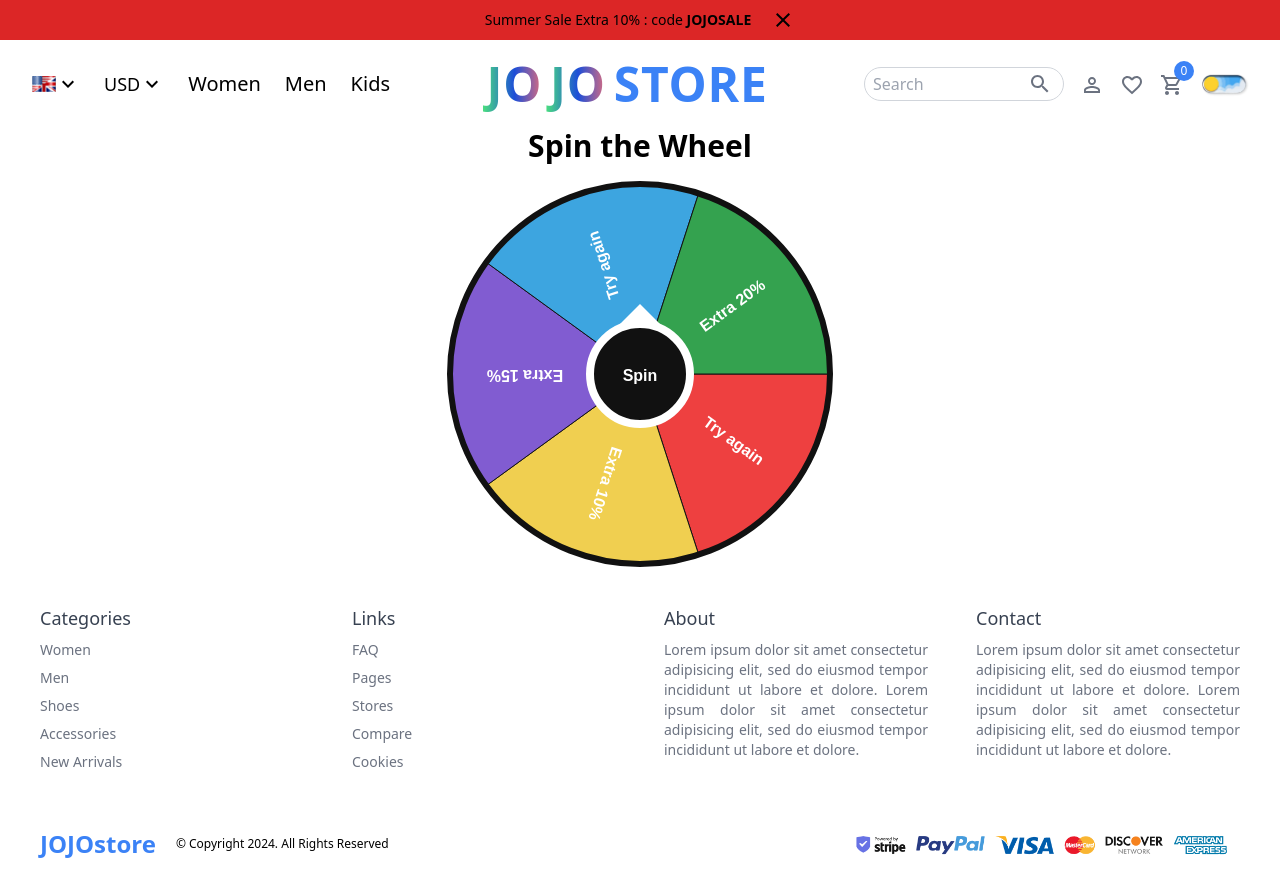
Repository: AiTrinh303/JOJO-STORE
Page: /spinwheelgame
An editor plug-in stored every save of this project. The page is shown before and after the next save, followed by the edit.
The browser window is 1280 px wide. The pictures show the whole page.
The project was rebuilt for these pictures with package versions that can differ from the ones it lists, and the page was loaded fresh each time. Also part of the build but not shown: vite.config.js, src/components/Cart.jsx, src/components/Form.jsx, src/components/Slider/Slide1.jsx, src/components/Slider/Slide2.jsx, src/components/Slider/Slide3.jsx, src/components/Slider/Slider.scss, src/components/Slider/Slider.jsx and 23 more.

Above is the page before, as saved 2024-06-14 07:54:40.

### index.html
<!doctype html>
<html lang="en">
  <head>
    <meta charset="UTF-8" />
    <link rel="icon" type="image/svg+xml" href="/vite.svg" />
    <meta name="viewport" content="width=device-width, initial-scale=1.0" />
    <title>JOJO-STORE</title>
  </head>
  <body>
    <div id="root"></div>
    <script type="module" src="/src/main.jsx"></script>
  </body>
</html>

### src/main.jsx
import React from 'react'
import ReactDOM from 'react-dom/client'
import App from './App'
import './index.css'



ReactDOM.createRoot(document.getElementById('root')).render(
  <React.StrictMode>
      <App />
  </React.StrictMode>,
)

### src/App.jsx
import { useEffect } from "react";
import { createBrowserRouter, RouterProvider, Outlet } from "react-router-dom";

// Context
import ShopContextProvider from "./Context/ShopContext";
import {AuthProvider} from "./Context/AuthContext";

// Pages
import Footer from "./components/Footer";
import Header from "./components/Header/Header";
import Home from "./pages/Home";
import ShopCategory from "./pages/ShopCategory";
import Product from "./pages/Product";
import Wishlists from "./pages/Wishlists/Wishlists";
import Login from "./pages/Login";
import Register from "./pages/Register";
import Profile from "./pages/Profile";
import CartPage from "./pages/CartPage/CartPage";
import FilteredProductList from "./pages/FilteredProductList";
import BackToTopButton from "./components/BackToTopButton";
import SpinWheelGame from "./components/SpinWheelGame";

// Styles
import AOS from 'aos';
import 'aos/dist/aos.css';
import women_banner from './assets/banner_women.png';
import men_banner from './assets/banner_men.png';
import kids_banner from './assets/banner_kids.png';

// Import PrivateRoute component
// import PrivateRoute from "./components/PrivateRoute"; // Adjust the path as per your project structure

const Layout = () => {
  return (
    <div className="app">
      <Header />
      <Outlet />
      <Footer />
      <BackToTopButton />
    </div>
  );
};

// Define your routes using createBrowserRouter
const router = createBrowserRouter([
  {
    path: "/",
    element: <Layout />,
    children: [
      { path: "/", element: <Home /> },
      { path: "/women", element: <ShopCategory banner={women_banner} category="women" /> },
      { path: "/men", element: <ShopCategory banner={men_banner} category="men" /> },
      { path: "/kids", element: <ShopCategory banner={kids_banner} category="kids" /> },
      { path: "/product/:productId", element: <Product /> },
      { path: "/filtered-products", element: <FilteredProductList /> },
      { path: "/cartpage", element: <CartPage /> },
      { path: "/wishlists", element: <Wishlists /> },
      { path: "/login", element: <Login /> },
      { path: "/register", element: <Register />},
      { path: "/profile", element: <Profile />},
      { path: "/spinwheelgame", element: <SpinWheelGame/>},
      // { path: "/dashboard", element: <PrivateRoute element={<Dashboard />} /> },
    ],
  },
]);

function App() {
  useEffect(() => {
    AOS.init({
      offset: 200,
      duration: 1000,
      delay: 150,
    });
    AOS.refresh();
  }, []);

  return (

      <ShopContextProvider>
          <AuthProvider>
             <RouterProvider router={router} />
          </AuthProvider>
      </ShopContextProvider>
  );

}

export default App;

### src/index.css
@tailwind base;
@tailwind components;
@tailwind utilities;


.dark {
    background-color: black;
    color: #ffffff;

  }

.light {
    background-color: #ffffff;
    color: #000000;
  }

### src/Context/ShopContext.jsx
import { createContext, useReducer } from "react";
import all_product from '../assets/all_product';
import { shopReducer, initialState } from "./Reducer/shopReducer";

export const ShopContext = createContext(null);


const ShopContextProvider = (props) => {
    const [state, dispatch] = useReducer(shopReducer, initialState);

    const addToCart = (itemId, quantity = 1) => {
        dispatch({ type: "ADD_TO_CART", payload: { itemId, quantity } });
    };

    const removeFromCart = (itemId) => {
        dispatch({ type: "REMOVE_FROM_CART", payload: { itemId } });
    };

    const resetCart = () => {
        dispatch({ type: "RESET_CART" });
    };

    const addToWishlist = (itemId) => {
        dispatch({ type: "ADD_TO_WISHLIST", payload: { itemId } });
    };

    const removeFromWishlist = (itemId) => {
        dispatch({ type: "REMOVE_FROM_WISHLIST", payload: itemId });
    };

    const getTotalCartAmount = () => {
        let totalAmount = 0;
        for (const item in state.cartItems) {
            if (state.cartItems[item] > 0) {
                let itemInfo = all_product.find((product) => product.id === Number(item));
                if (itemInfo) {
                    totalAmount += itemInfo.new_price * state.cartItems[item];
                }
            }
        }
        return totalAmount;
    };

    const getTotalCartItems = () => {
        let totalItems = 0;
        for (const item in state.cartItems) {
            if (state.cartItems[item] > 0) {
                totalItems += state.cartItems[item];
            }
        }
        return totalItems;
    };

    const contextValue = {
        all_product,
        cartItems: state.cartItems,
        wishlist: state.wishlist,
        addToCart,
        removeFromCart,
        resetCart,
        getTotalCartAmount,
        getTotalCartItems,
        addToWishlist,
        removeFromWishlist
    };

    return (
        <ShopContext.Provider value={contextValue}>
            {props.children}
        </ShopContext.Provider>
    );
};

export default ShopContextProvider;

### src/Context/AuthContext.jsx
// //Create Authentication Logic - The AuthProvider component will be updated with login and logout functions. This function will be passed down through the AuthContext.Provider and it will be accessible globally.

// import { useContext, createContext, useState } from "react";
// import { useNavigate } from "react-router-dom";

// const AuthContext = createContext();

// const AuthProvider = ({ children }) => {
//   const [user, setUser] = useState(null);
//   const [token, setToken] = useState(localStorage.getItem("site") || "");
//   const navigate = useNavigate();
//   const loginAction = async (data) => {
//     try {
//       const response = await fetch("your-api-endpoint/auth/login", {
//         method: "POST",
//         headers: {
//           "Content-Type": "application/json",
//         },
//         body: JSON.stringify(data),
//       });
//       const res = await response.json();
//       if (res.data) {
//         setUser(res.data.user);
//         setToken(res.token);
//         localStorage.setItem("site", res.token);
//         navigate("/dashboard");
//         return;
//       }
//       throw new Error(res.message);
//     } catch (err) {
//       console.error(err);
//     }
//   };

//   const logOut = () => {
//     setUser(null);
//     setToken("");
//     localStorage.removeItem("site");
//     navigate("/login");
//   };

//   return (
//     <AuthContext.Provider value={{ token, user, loginAction, logOut }}>
//       {children}
//     </AuthContext.Provider>
//   );

// };

// export default AuthProvider;

// export const useAuth = () => {
//   return useContext(AuthContext);
// };


import { createContext, useState } from "react";

export const AuthContext = createContext();

export const AuthProvider = ({ children }) => {
  const [user, setUser] = useState(null);

  const login = (userData) => {
    setUser(userData);
  };

  const logout = () => {
    setUser(null);
  };

  return (
    <AuthContext.Provider value={{ user, setUser, login, logout }}>
      {children}
    </AuthContext.Provider>
  );
};

### src/components/Footer.jsx
import React from "react";

const Footer = () => {
  return (
    <div className="footer mx-10 my-5">
      <div className="top flex gap-12">
        <div className="item flex-1 flex flex-col gap-2 text-justify text-sm">
          <h1 className="text-lg font-medium text-gray-700">Categories</h1>
          <span className="text-gray-500">Women</span>
          <span className="text-gray-500">Men</span>
          <span className="text-gray-500">Shoes</span>
          <span className="text-gray-500">Accessories</span>
          <span className="text-gray-500">New Arrivals</span>
        </div>
        <div className="item flex-1 flex flex-col gap-2 text-justify text-sm">
          <h1 className="text-lg font-medium text-gray-700">Links</h1>
          <span className="text-gray-500">FAQ</span>
          <span className="text-gray-500">Pages</span>
          <span className="text-gray-500">Stores</span>
          <span className="text-gray-500">Compare</span>
          <span className="text-gray-500">Cookies</span>
        </div>
        <div className="item flex-1 flex flex-col gap-2 text-justify text-sm">
          <h1 className="text-lg font-medium text-gray-700">About</h1>
          <span className="text-gray-500">
            Lorem ipsum dolor sit amet consectetur adipisicing elit, sed do
            eiusmod tempor incididunt ut labore et dolore. Lorem ipsum dolor sit
            amet consectetur adipisicing elit, sed do eiusmod tempor incididunt
            ut labore et dolore.
          </span>
        </div>
        <div className="item flex-1 flex flex-col gap-2 text-justify text-sm">
          <h1 className="text-lg font-medium text-gray-700">Contact</h1>
          <span className="text-gray-500">
            Lorem ipsum dolor sit amet consectetur adipisicing elit, sed do
            eiusmod tempor incididunt ut labore et dolore. Lorem ipsum dolor sit
            amet consectetur adipisicing elit, sed do eiusmod tempor incididunt
            ut labore et dolore.
          </span>
        </div>
      </div>
      <div className="bottom flex items-center justify-between mt-12">
        <div className="left flex items-center">
          <span className="logo text-blue-500 font-bold text-2xl">JOJOstore</span>
          <span className="copyright ml-5 text-xs text-black-500">
            © Copyright 2024. All Rights Reserved
          </span>
        </div>
        <div className="right">
          <img src="src/assets/payment.png" alt="payment" className="h-12" />
        </div>
      </div>
    </div>
  );
};

export default Footer;

### src/components/Header/Header.jsx

import NavbarExtra from './NavbarExtra'
import Navbar from './Navbar'

const Header = () => {
  return (
    <div>
      <NavbarExtra />
      <Navbar />
    </div>
  )
}

export default Header

### src/components/SpinWheelGame.jsx
import WheelComponent from "./WheelComponent";

export default function App() {
  const segments = [
    "Try again",
    "Extra 10%",
    "Extra 15%",
    "Try again",
    "Extra 20%",
  ];
  const segColors = ["#EE4040", "#F0CF50", "#815CD1", "#3DA5E0", "#34A24F"];
  const onFinished = (winner) => {
    console.log(winner);

  };
  return (
    <div className="">
      <h1 className="text-center text-3xl font-bold">Spin the Wheel</h1>
      <div className="flex items-center justify-center">
        <WheelComponent
          segments={segments}
          segColors={segColors}
          onFinished={(winner) => onFinished(winner)}
          primaryColor="#111"
          contrastColor="white"
          buttonText="Spin"
          isOnlyOnce={false}
          size={190}
          upDuration={500}
          downDuration={600}
          fontFamily="Arial"
        />
      </div>
      {/* <h2>Start editing to see some magic happen!</h2> */}
    </div>
  );
}

### src/Context/Reducer/shopReducer.jsx

// import all_product from "../../assets/all_product";

// const getDefaultValue = () => {
//     let cart = {};
//     for (let index = 0; index < all_product.length; index++) {
//         cart[index] = 0;
//     }
//     return cart;
// };

// export const initialState = {
//     cartItems: getDefaultValue(),
//     wishlist: []
// };

// export const shopReducer = (state, action) => {
//     switch (action.type) {
//         case "ADD_TO_CART":
//             return {
//                 ...state,
//                 cartItems: {
//                     ...state.cartItems,
//                     [action.payload.itemId]: (state.cartItems[action.payload.itemId] || 0) + action.payload.quantity
//                 }
//             };
//         case "REMOVE_FROM_CART":
//             return {
//                 ...state,
//                 cartItems: {
//                     ...state.cartItems,
//                     [action.payload.itemId]: state.cartItems[action.payload.itemId] - 1
//                 }
//             };
//         case "RESET_CART":
//             return {
//                 ...state,
//                 cartItems: getDefaultValue()
//             };
//         case "ADD_TO_WIS                    [action.payload.itemId]: (state.cartItems[action.payload.itemId] || 0) + action.payload.quantity
//                 }
//             };
//         case "REMOVE_FROM_CART":
//             return {
//                 ...state,
//                 cartItems: {
//                     ...state.cartItems,
//                     [action.payload.itemId]: state.cartItems[action.payload.itemId] - 1
//                 }
//             };
//         case "RESET_CART":
//             return {
//                 ...state,
//                 cartItems: getDefaultValue()
//             };
//         case "ADD_TO_WISHLIST":
//             return {
//                 ...state,
//                 wishlist: [...state.wishlist, action.payload.itemId]
//             };
//         case "REMOVE_FROM_WISHLIST":
//             const newWishlist = [...state.wishlist];
//             newWishlist.splice(newWishlist.indexOf(action.payload.itemId), 1)}
//             return {
//                 ...state,
//                 wishlist: newWishlist};

//         default:
//             return state;
//     }
// };


import all_product from "../../assets/all_product";

const getDefaultValue = () => {
    let cart = {};
    for (let index = 0; index < all_product.length; index++) {
        cart[index] = 0;
    }
    return cart;
};

export const initialState = {
    cartItems: getDefaultValue(),
    wishlist: []
};

export const shopReducer = (state, action) => {
    switch (action.type) {
        case "ADD_TO_CART":
            return {
                ...state,
                cartItems: {
                    ...state.cartItems,
                    [action.payload.itemId]: (state.cartItems[action.payload.itemId] || 0) + action.payload.quantity
                }
            };
        case "REMOVE_FROM_CART":
            return {
                ...state,
                cartItems: {
                    ...state.cartItems,
                    [action.payload.itemId]: Math.max(0, state.cartItems[action.payload.itemId] - 1)
                }
            };
        case "RESET_CART":
            return {
                ...state,
                cartItems: getDefaultValue()
            };
        case "ADD_TO_WISHLIST":
            if (!state.wishlist.includes(action.payload.itemId)) {
                return {
                    ...state,
                    wishlist: [...state.wishlist, action.payload.itemId]
                };
            }
            return state;
        case "REMOVE_FROM_WISHLIST":
                return {
                    ...state,
                    wishlist: state.wishlist.filter((item) => item.itemId !== action.payload.itemId)
                };

        default:
            return state;
    }
};

### src/components/Header/NavbarExtra.jsx
import CloseIcon from '@mui/icons-material/Close';
import LocalShippingIcon from '@mui/icons-material/LocalShipping';
import ContactMailIcon from '@mui/icons-material/ContactMail';
import SyncAltIcon from '@mui/icons-material/SyncAlt';
import { useState } from 'react';

const NavbarExtra = () => {
  const [showSale, setShowSale] = useState(true);

  return (
    <div data-aos="fade-down" className="navbar h-12">
      {showSale ? (
        <div className="wrapper py-2 px-4 md:px-10 flex items-center justify-center items-center gap-5 bg-red-600 text-black-600 text-xs md:text-sm">
          <div>
            <p>Summer Sale Extra 10% : code <strong>JOJOSALE</strong></p>
          </div>
          <div>
            <CloseIcon onClick={() => setShowSale(false)} className="text-black-700 hover:text-black-900"/>
          </div>
        </div>
      ) : (
        <div className="wrapper py-2 px-4 md:px-10 flex flex-col md:flex-row items-center justify-between bg-gray-200 text-gray-500 text-xs md:text-sm">
          <div className="my-1 md:my-0">
            <p><ContactMailIcon className='px-1'/>Help and Contact</p>
          </div>
          <div className="my-1 md:my-0">
            <p><LocalShippingIcon className='px-1'/>Free standard delivery over €50 & free return*</p>
          </div>
          <div className="my-1 md:my-0">
            <p><SyncAltIcon className='px-1'/>100-day return policy</p>
          </div>
        </div>
      )}
    </div>
  );
};

export default NavbarExtra;

### src/components/Header/DarkMode.jsx
import LightButton from "../../assets/light-mode-button.png";
import DarkButton from "../../assets/dark-mode-button.png";
import { useEffect, useState } from "react";

const DarkMode = () => {
  const [theme, setTheme] = useState(
    localStorage.getItem("theme") ? localStorage.getItem("theme") : "light"
  );

  const element = document.documentElement; // html element

 useEffect(() => {
    if (theme === "dark") {
      element.classList.add("dark");
      localStorage.setItem("theme", "dark");
    } else {
      element.classList.remove("dark");
      localStorage.setItem("theme", "light");
    }
  }, [theme]);

  return (
    <div className="relative">
      <img
        src={LightButton}
        alt=""
        onClick={() => setTheme(theme === "light" ? "dark" : "light")}
        className={`w-12 cursor-pointer drop-shadow-[1px_1px_1px_rgba(0,0,0,0.1)] transition-all duration-300 absolute right-0 z-10 ${
          theme === "dark" ? "opacity-0" : "opacity-100"
        } `}
      />
      <img
        src={DarkButton}
        alt=""
        onClick={() => setTheme(theme === "light" ? "dark" : "light")}
        className="w-12 cursor-pointer drop-shadow-[1px_1px_1px_rgba(0,0,0,0.1)] transition-all duration-300"
      />
    </div>
  );
};

export default DarkMode;

Loaded but not shown: tailwind.config.js (common file); src/assets/all_product.js (906 lines, source omitted); src/components/WheelComponent.tsx (267 lines, source omitted); src/components/Header/Navbar.jsx (125 lines, source omitted)

After the next save:
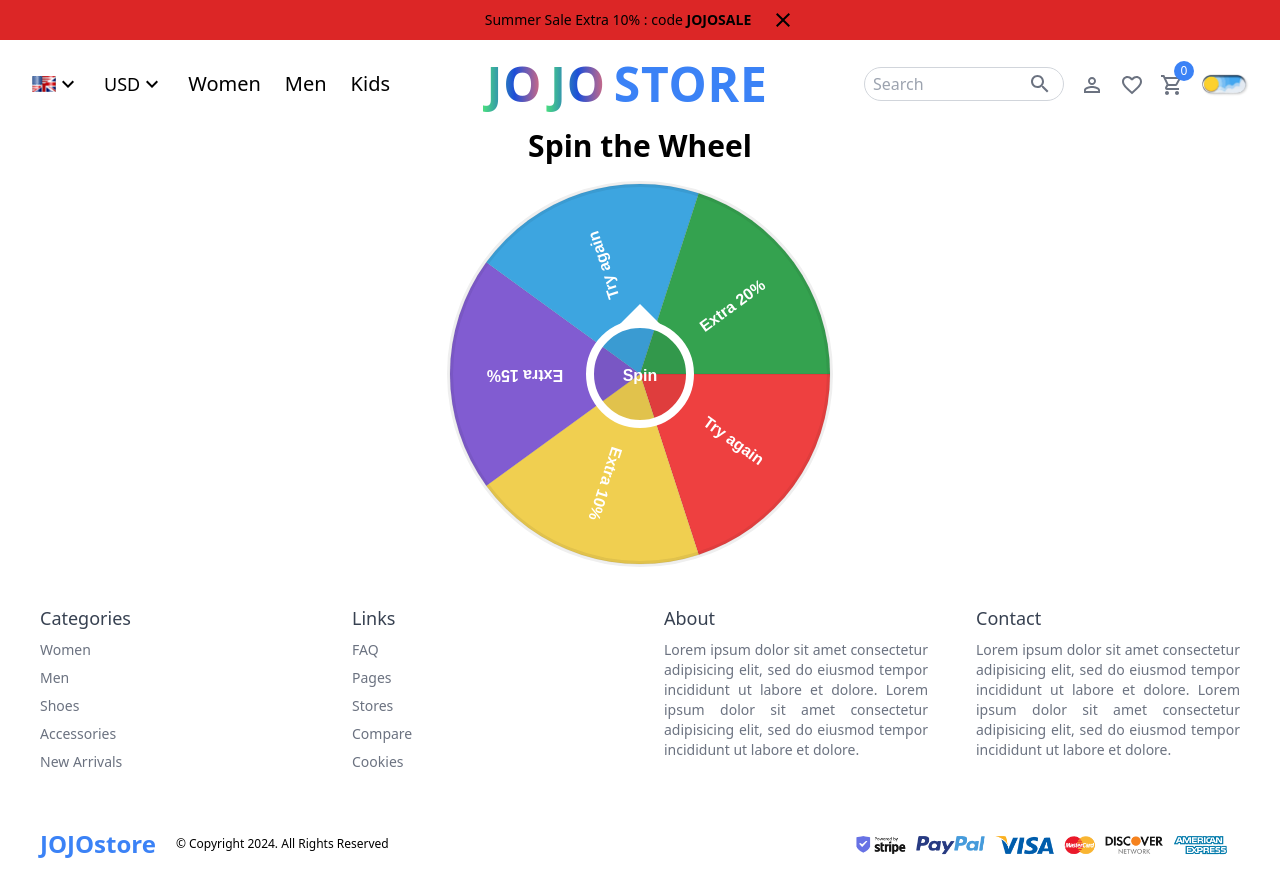
Saved 8 s later.
--- a/src/components/SpinWheelGame.jsx
+++ b/src/components/SpinWheelGame.jsx
@@ -21,7 +21,7 @@
           segments={segments}
           segColors={segColors}
           onFinished={(winner) => onFinished(winner)}
-          primaryColor="#111"
+          primaryColor="#1111"
           contrastColor="white"
           buttonText="Spin"
           isOnlyOnce={false}

After the save that followed:
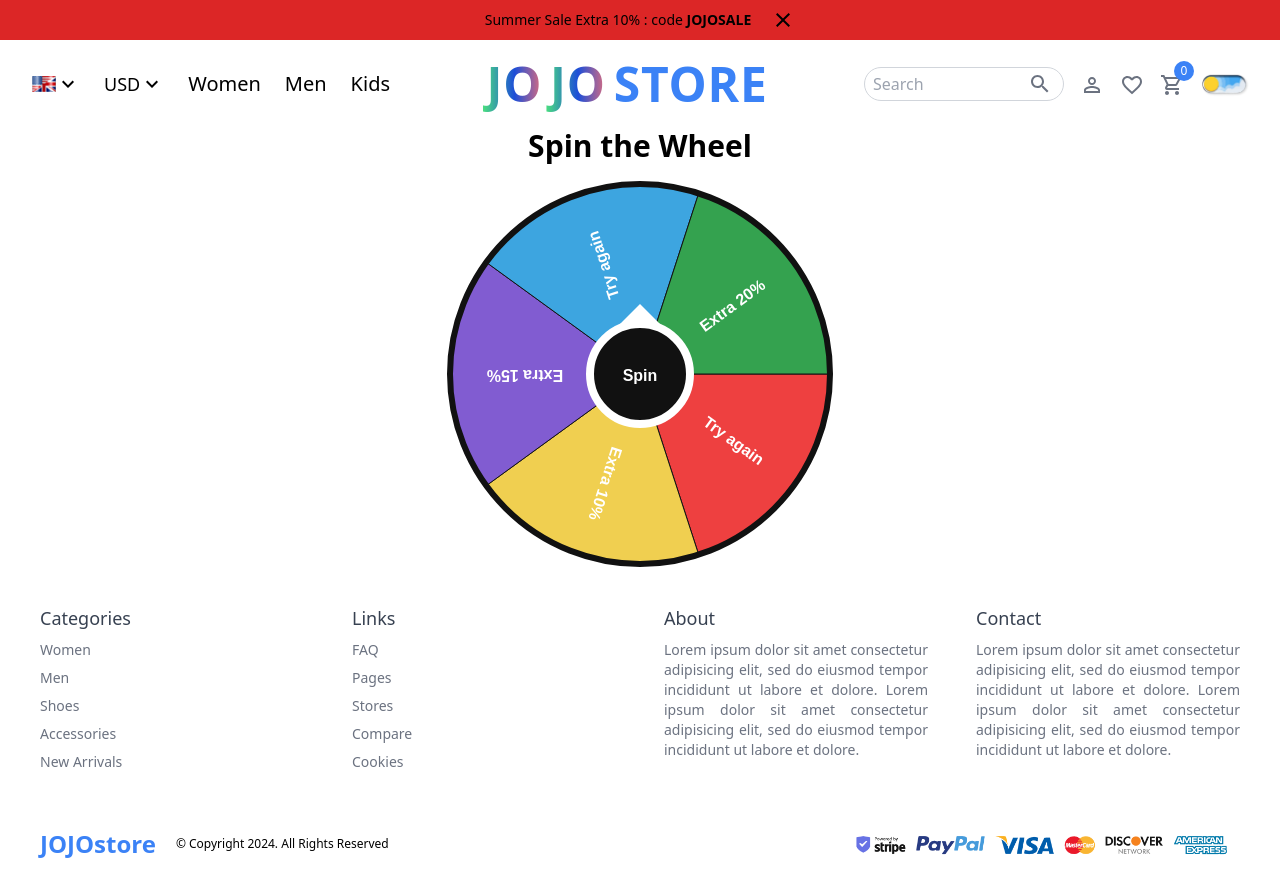
Saved 8 s later.
--- a/src/components/SpinWheelGame.jsx
+++ b/src/components/SpinWheelGame.jsx
@@ -21,7 +21,7 @@
           segments={segments}
           segColors={segColors}
           onFinished={(winner) => onFinished(winner)}
-          primaryColor="#1111"
+          primaryColor="#111"
           contrastColor="white"
           buttonText="Spin"
           isOnlyOnce={false}
